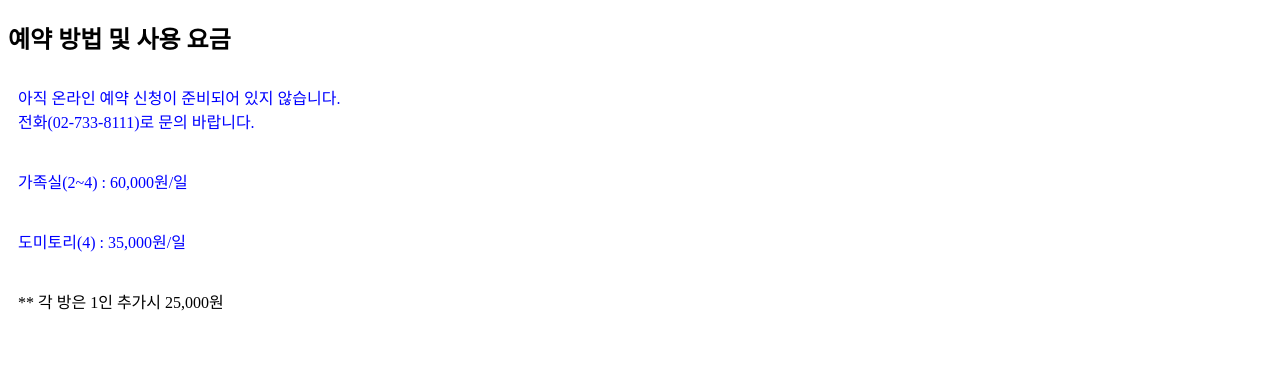
Repository: Kebiskim/2023_WebStudy
Page: 01_css/src/main/webapp/day02/Ex07_Selector.html
The author's editor kept a copy of each file at every save. The page is drawn from the files as they stood at one save, then again after the next save.
The browser window is 1280 px wide. The pictures show the whole page.

Above is the page before, as saved 2023-06-26 04:05:17.

### 01_css/src/main/webapp/day02/Ex07_Selector.html
<!DOCTYPE html>
<html>
<head>
<meta charset="UTF-8">
<title>고급 선택자</title>
<style type="text/css">
/* 	자식 선택자 : 부모선택자 > 자식선택자
	자손 선택자 : 부모선택자   자식선택자 */

	/* 모든 p태그 */
	p{
		width: 500px;
		padding: 10px;
		background: white;
	}

	/* 아래의 경우, 자손을 준 것. section 안에 있는 모든 하위 p 태그를 칭함 */
	section p{
		color: blue;
	}
</style>
</head>
<body>
	<section>
		<h1>예약 방법 및 사용 요금</h1>
		<p>아직 온라인 예약 신청이 준비되어 있지 않습니다.<br>
		전화(02-733-8111)로 문의 바랍니다.</p>
		<div>
			<p>가족실(2~4) : 60,000원/일</p>
			<p>도미토리(4) : 35,000원/일</p>
		</div>
	</section>
	<p>** 각 방은 1인 추가시 25,000원</p>
</body>
</html>

After the next save:
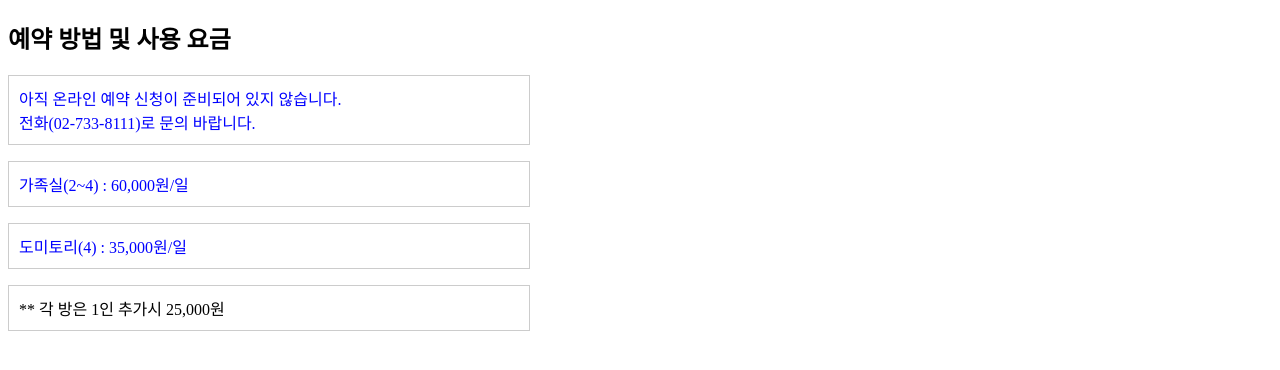
Saved 26 s later.
--- a/01_css/src/main/webapp/day02/Ex07_Selector.html
+++ b/01_css/src/main/webapp/day02/Ex07_Selector.html
@@ -12,6 +12,7 @@
 		width: 500px;
 		padding: 10px;
 		background: white;
+		border: 1px solid #ccc;
 	}
 
 	/* 아래의 경우, 자손을 준 것. section 안에 있는 모든 하위 p 태그를 칭함 */
